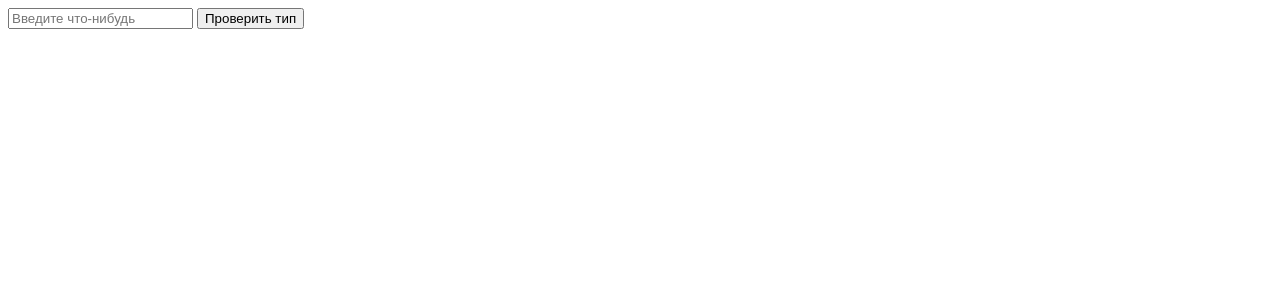
Repository: archangel88/elbrus_homework
Page: phase-0/week-4/day-1/js-start-eslint/index.html
These files come from the project's save history. The page is drawn as it stood at one moment and after the next save; the edit follows.
The browser window is 1280 px wide. The pictures show the whole page.

Above is the page before, as saved 2025-10-13 22:42:38.

### phase-0/week-4/day-1/js-start-eslint/index.html
<!DOCTYPE html>
<html lang="ru">
  <head>
    <meta charset="UTF-8" />
    <title>Проверка типа данных</title>
  </head>
  <body>
    <input type="text" id="userInput" placeholder="Введите что-нибудь" />
    <button onclick="checkType()">Проверить тип</button>

    <script src="script.js"></script>
  </body>
</html>

### phase-0/week-4/day-1/js-start-eslint/script.js
function checkType() {
    const inputValue = document.getElementById('userInput').value;
    const type = typeof inputValue;
    alert(`Тип введенного значения: ${type}`);
}

After the next save:
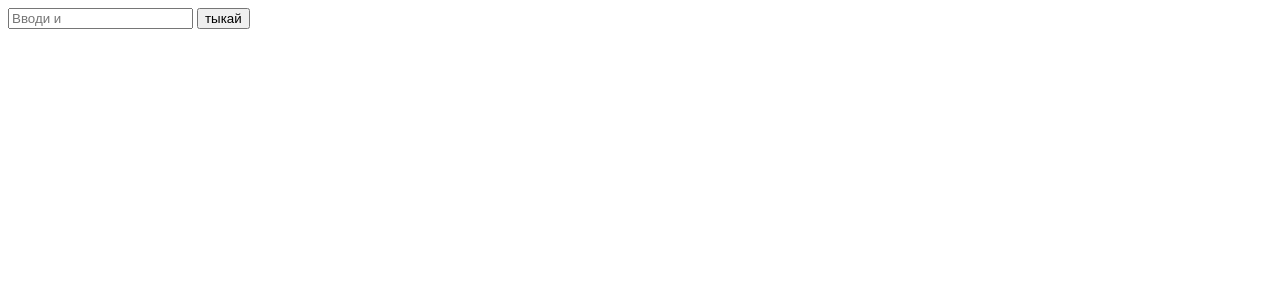
Saved 100 s later.
--- a/phase-0/week-4/day-1/js-start-eslint/index.html
+++ b/phase-0/week-4/day-1/js-start-eslint/index.html
@@ -5,8 +5,8 @@
     <title>Проверка типа данных</title>
   </head>
   <body>
-    <input type="text" id="userInput" placeholder="Введите что-нибудь" />
-    <button onclick="checkType()">Проверить тип</button>
+    <input type="text" id="userInput" placeholder="Вводи и" />
+    <button onclick="checkType()">тыкай</button>
 
     <script src="script.js"></script>
   </body>
